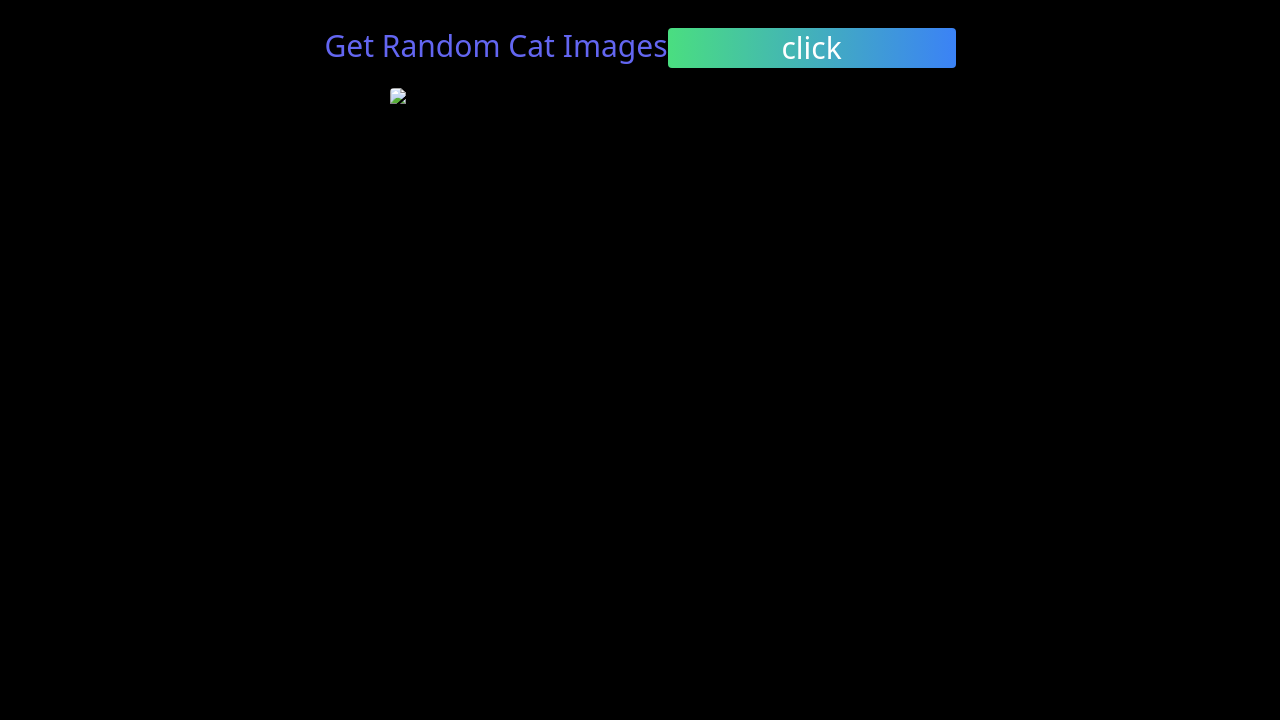
Repository: tentaciones/catMemeGenerator
Page: /
The author's editor kept a copy of each file at every save. The page is drawn from the files as they stood at one save, then again after the next save.
The browser window is 1280 px wide. The pictures show the whole page.
The page's requests for data from a server got no answer. Some web fonts or font styles are not loaded; a fallback is used. The project was rebuilt for these pictures with package versions that can differ from the ones it lists, and the page was loaded fresh each time. No one was signed in, and anything a server would have sent is missing. Also part of the build but not shown: src/components/Navbar.jsx, src/components/Header.jsx, src/components/Post.jsx, src/components/Sidebar.jsx, src/pages/home.jsx.

Above is the page before, as saved 2022-07-07 19:55:40.

### public/index.html
<!DOCTYPE html>
<html lang="en">
  <head>
    <meta charset="utf-8" />
    <link rel="icon" href="%PUBLIC_URL%/favicon.ico" />
    <meta name="viewport" content="width=device-width, initial-scale=1" />
    <meta name="theme-color" content="#000000" />
    <meta
      name="description"
      content="Web site created using create-react-app"
    />
    <link rel="apple-touch-icon" href="%PUBLIC_URL%/logo192.png" />
    <link rel="preconnect" href="https://fonts.googleapis.com" />
    <link rel="preconnect" href="https://fonts.gstatic.com" crossorigin />
    <link
      href="https://fonts.googleapis.com/css2?family=Gentium+Book+Plus:ital@1&family=Rubik+Moonrocks&display=swap"
      rel="stylesheet"
    />
    <link rel="manifest" href="%PUBLIC_URL%/manifest.json" />

    <title>React App</title>
  </head>
  <body>
    <noscript>You need to enable JavaScript to run this app.</noscript>
    <div id="root"></div>
    <!--
      This HTML file is a template.
      If you open it directly in the browser, you will see an empty page.

      You can add webfonts, meta tags, or analytics to this file.
      The build step will place the bundled scripts into the <body> tag.

      To begin the development, run `npm start` or `yarn start`.
      To create a production bundle, use `npm run build` or `yarn build`.
    -->
  </body>
</html>

### src/App.js
import { Navbar } from "./components";
import Home from "./pages/Home";
import Generator from "./pages/Generator";
function App() {
  return (
    <div>
      <Generator />
    </div>
  );
}

export default App;

### src/components/index.js
export { default as Navbar } from "./Navbar";
export { default as Header } from "./Header";
export { default as Post } from "./Post";
export { default as Sidebar } from "./Sidebar";

### src/pages/Generator.jsx
import React, { useEffect, useState } from "react";
import Loading from "../components/Loading";
const Generator = () => {
  const [cat, setCat] = useState("");
  const [done, setDone] = useState(undefined);
  const [loading, setLoading] = useState(undefined);
  const getCat = () => {
    setDone(undefined);
    setLoading(undefined);
    setTimeout(() => {
      fetch("https://aws.random.cat/meow")
        .then((res) => res.json())
        .then((data) => setCat(data.file));
      setLoading(true);
      setTimeout(() => {
        setDone(true);
      }, 1000);
    }, 1200);
  };
  useEffect(() => {
    getCat();
  }, []);

  return (
    <div className="bg-black h-screen">
      <div className="flex justify-center text-indigo-500 text-3xl">
        <div className="mt-7">Get Random Cat Images</div>
        <button
          onClick={getCat}
          className="bg-gradient-to-r from-green-400 to-blue-500 hover:from-pink-500 hover:to-yellow-500 text-white w-72 h-10 rounded mt-7"
        >
          click
        </button>
      </div>

      <div className="flex justify-center">
        {!done ? (
          <Loading loading={loading} />
        ) : (
          <img src={cat} alt="c" className="h-[500px] w-[500px] rounded my-5" />
        )}
      </div>
    </div>
  );
};

export default Generator;

### src/components/Loading.js
import React from "react";
import Lottie from "react-lottie";
import * as loading from "../46472-lurking-cat.json";
import * as done from "../50465-done.json";

const defaultOptions = {
  loop: true,
  autoplay: true,
  animationData: loading.default,
  rendererSettings: {
    preserveAspectRatio: "xMidYMid slice",
  },
};

const defaultOptions2 = {
  loop: false,
  autoplay: true,
  animationData: done.default,
  rendererSettings: {
    preserveAspectRatio: "xMidYMid slice",
  },
};

const Loading = ({ loading }) => {
  console.log(loading);
  return (
    <div>
      {!loading ? (
        <Lottie options={defaultOptions} height={120} width={120} />
      ) : (
        <Lottie options={defaultOptions2} height={120} width={120} />
      )}
    </div>
  );
};

export default Loading;

Loaded but not shown: src/index.js (common file); src/index.css (common file); src/reportWebVitals.js (common file); src/46472-lurking-cat.json (common file); src/50465-done.json (common file); tailwind.config.js (common file)

After the next save:
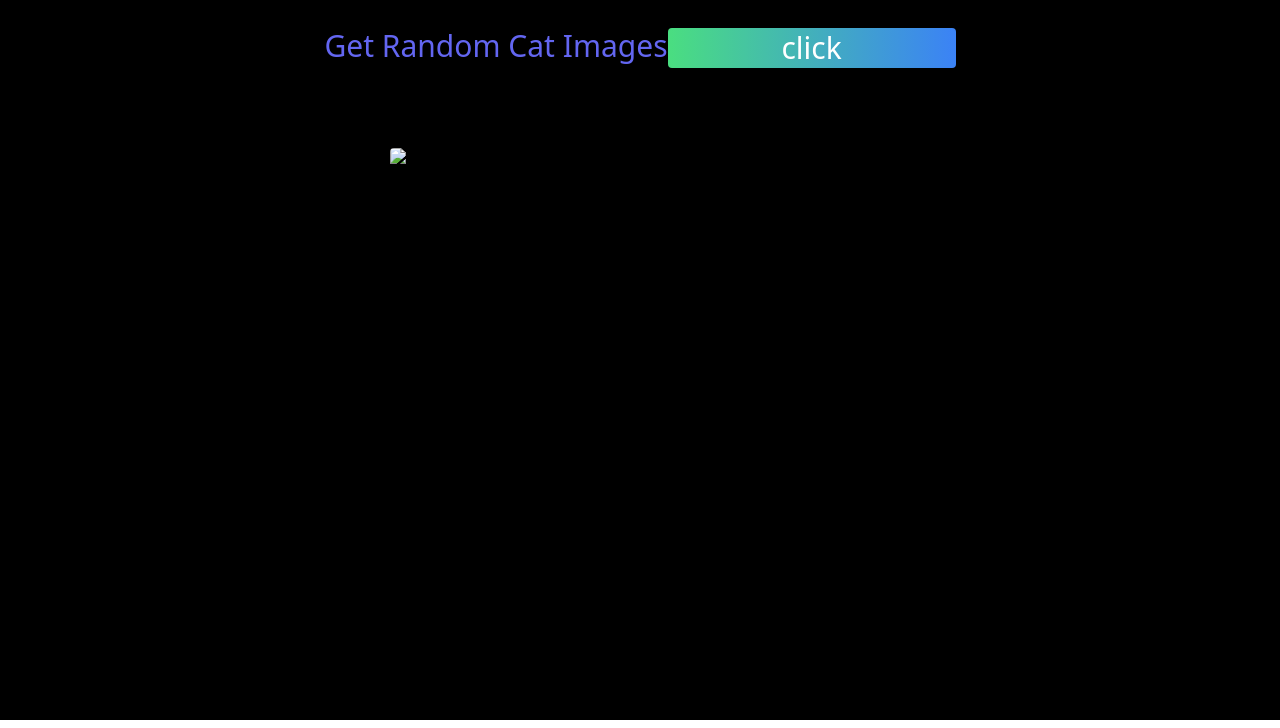
Saved 10 s later.
--- a/src/pages/Generator.jsx
+++ b/src/pages/Generator.jsx
@@ -37,7 +37,11 @@
         {!done ? (
           <Loading loading={loading} />
         ) : (
-          <img src={cat} alt="c" className="h-[500px] w-[500px] rounded my-5" />
+          <img
+            src={cat}
+            alt="c"
+            className="h-[500px] w-[500px] rounded my-20"
+          />
         )}
       </div>
     </div>
